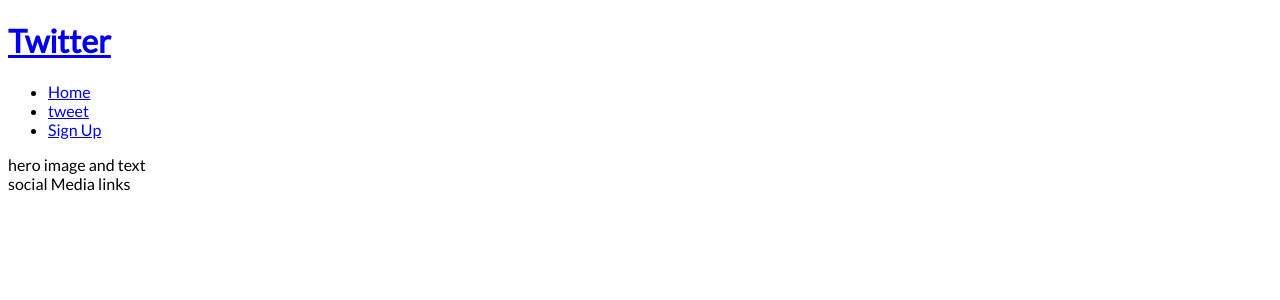
Repository: emalfiza/clone-of-my-twitter
Page: index.html
The author's editor kept a record of every edit. The page is drawn from the files as they stood at one moment, then again after the next edit.
The browser window is 1280 px wide. The pictures show the whole page.
Some web fonts or font styles are not loaded; a fallback is used.

Above is the page before.

### index.html
<!DOCTYPE html>
<html lang="en">
<head>
    <meta charset="UTF-8">
    <meta name="viewport" content="width=device-width, initial-scale=1.0">
    <meta http-equiv="X-UA-Compatible" content="ie=edge">
    <title>Clone of Twitter</title>
    <link rel="stylesheet" href="assets/css/styles.css" type="text/css" />
</head>
<body>

    <header>
        <a href="index.html">
            <h1>Twitter</h1>
        </a>
        <nav>
            <ul>
                <li>
                    <a href="index.html">Home</a>
                </li>
                <li>
                    <a href="#">tweet</a>
                </li>
                <li>
                    <a href="#">Sign Up</a>
                </li>
            </ul>
        </nav>
    </header>

    <section>
        hero image and text
    </section>

    <footer>
        social Media links
    </footer>

</body>
</html>

### assets/css/styles.css
@import url('https://fonts.googleapis.com/css2?family=Lato&family=Monda&display=swap');

body {
    font-family: Lato, sans-serif;
}

After the next edit:
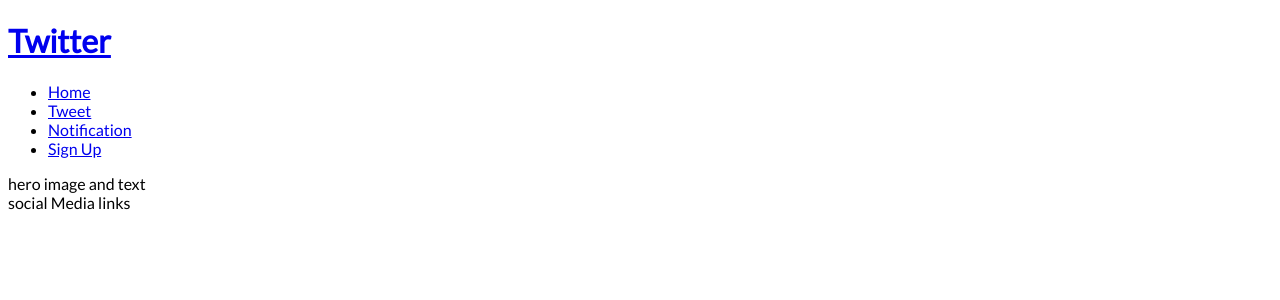
The edit:
--- a/index.html
+++ b/index.html
@@ -19,7 +19,10 @@
                     <a href="index.html">Home</a>
                 </li>
                 <li>
-                    <a href="#">tweet</a>
+                    <a href="#">Tweet</a>
+                </li>
+                <li>
+                    <a href="#">Notification</a>
                 </li>
                 <li>
                     <a href="#">Sign Up</a>
